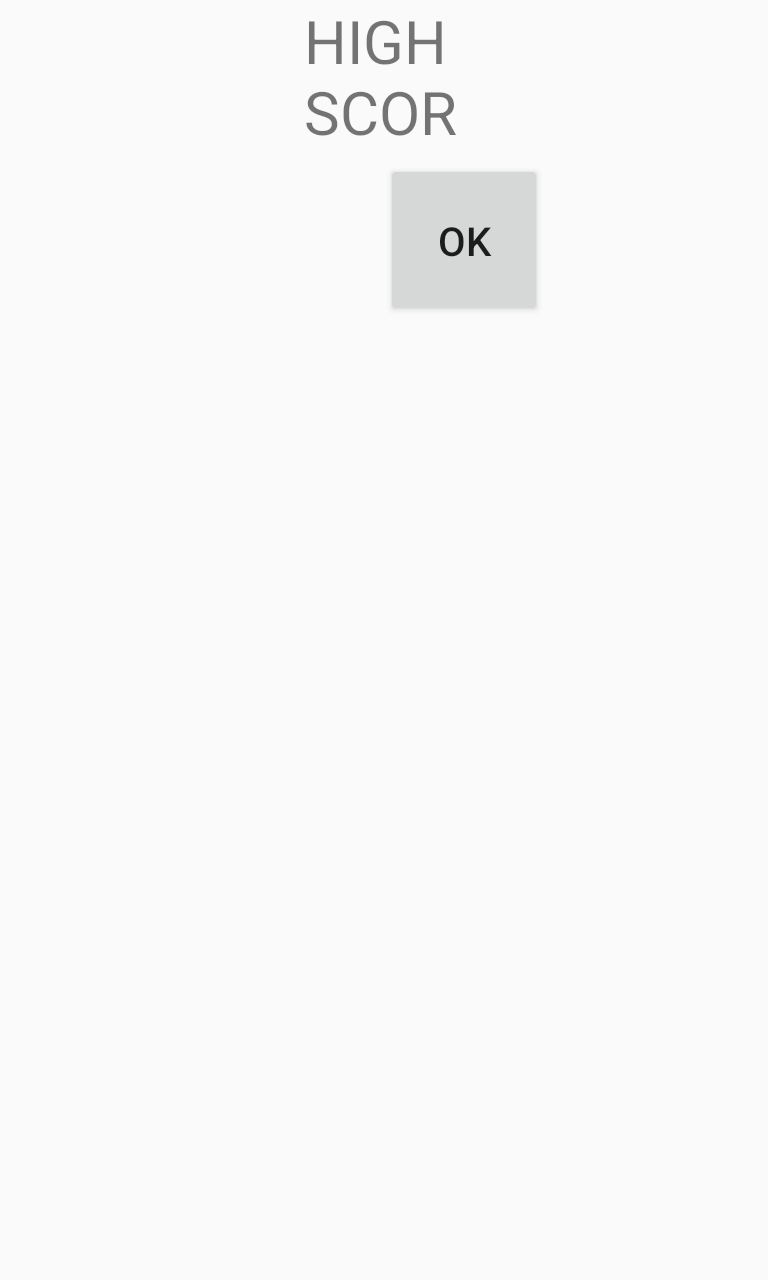
Repository: JoanneCaroll/Mathbomb
Layout: MathBomb/res/layout/activity_highscore.xml
An editor plug-in stored every save of this project. The layout is shown before and after the next save, followed by the edit.
It is drawn on a 768 x 1280 px phone screen (xhdpi) without system bars, with theme AppTheme; the app's code is not run.

Above is the layout before, as saved 2014-11-12 06:01:58.

### MathBomb/res/layout/activity_highscore.xml
<?xml version="1.0" encoding="utf-8"?>
<LinearLayout
    xmlns:android="http://schemas.android.com/apk/res/android"
    android:layout_width="match_parent"
    android:layout_height="match_parent"
    android:orientation="vertical">

    <TextView
        android:layout_gravity="center"
        android:id="@+id/highscoreshow"
        android:layout_width="80dp"
        android:layout_height="80dp"
        android:textSize="30dp"
        android:text="HIGH SCORE"/>

    <LinearLayout
        android:layout_width="match_parent"
        android:layout_height="wrap_content"
        android:orientation="horizontal"
        android:gravity="center">
        <TextView
            android:id="@+id/score"
            android:layout_width="80dp"
            android:layout_height="80dp"
            android:textSize="20dp"/>
        <TextView
            android:paddingTop="10dp"
            android:id="@+id/date"
            android:layout_width="wrap_content"
            android:layout_height="wrap_content"
            android:textSize="20dp"/>
   <LinearLayout/>

    <Button
        android:layout_gravity="center"
       	android:id="@+id/ok_highscore"
        android:layout_width="80dp"
        android:layout_height="80dp"
        android:textSize="20dp"
        android:text="OK"/>
</LinearLayout>

Loaded but not shown: MathBomb/res/values/styles.xml (common file); MathBomb/res/values-v11/styles.xml (common file); MathBomb/res/values-v14/styles.xml (common file)

After the next save:
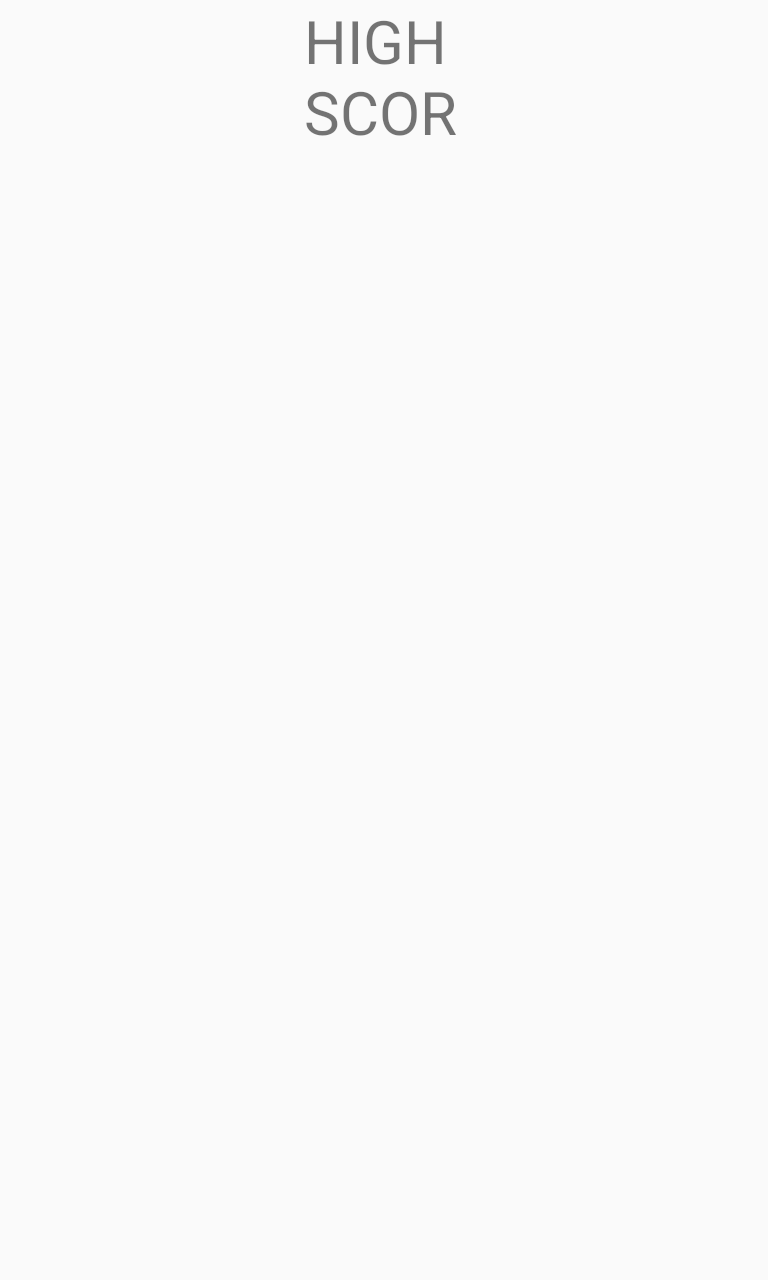
Saved 13 s later.
--- a/MathBomb/res/layout/activity_highscore.xml
+++ b/MathBomb/res/layout/activity_highscore.xml
@@ -31,11 +31,5 @@
             android:textSize="20dp"/>
    <LinearLayout/>
 
-    <Button
-        android:layout_gravity="center"
-       	android:id="@+id/ok_highscore"
-        android:layout_width="80dp"
-        android:layout_height="80dp"
-        android:textSize="20dp"
-        android:text="OK"/>
+
 </LinearLayout>
